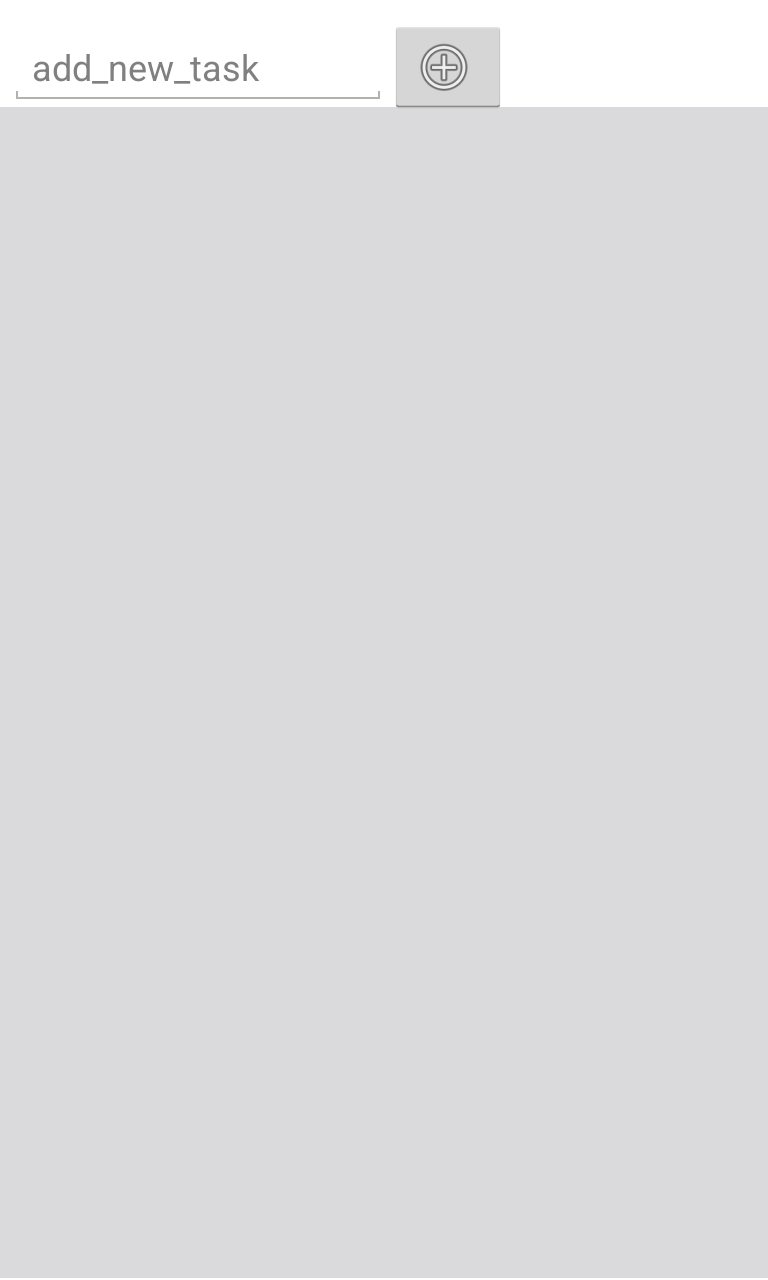
Repository: roommateapp/RoomMate
Layout: src/RoomMate/res/layout/activity_grocery_lists.xml
The author's editor kept a copy of each file at every save. The layout is drawn from the files as they stood at one save, then again after the next save.
It is drawn on a 768 x 1280 px phone screen (xhdpi) without system bars, with theme AppTheme; the app's code is not run. Lists and similar views that code fills are empty. The app's manifest (not shown) leaves right-to-left support off. So textAlignment, textDirection and layoutDirection are ignored, and left and right values win over start and end ones.

Above is the layout before, as saved 2014-08-26 07:09:14.

After the next save:
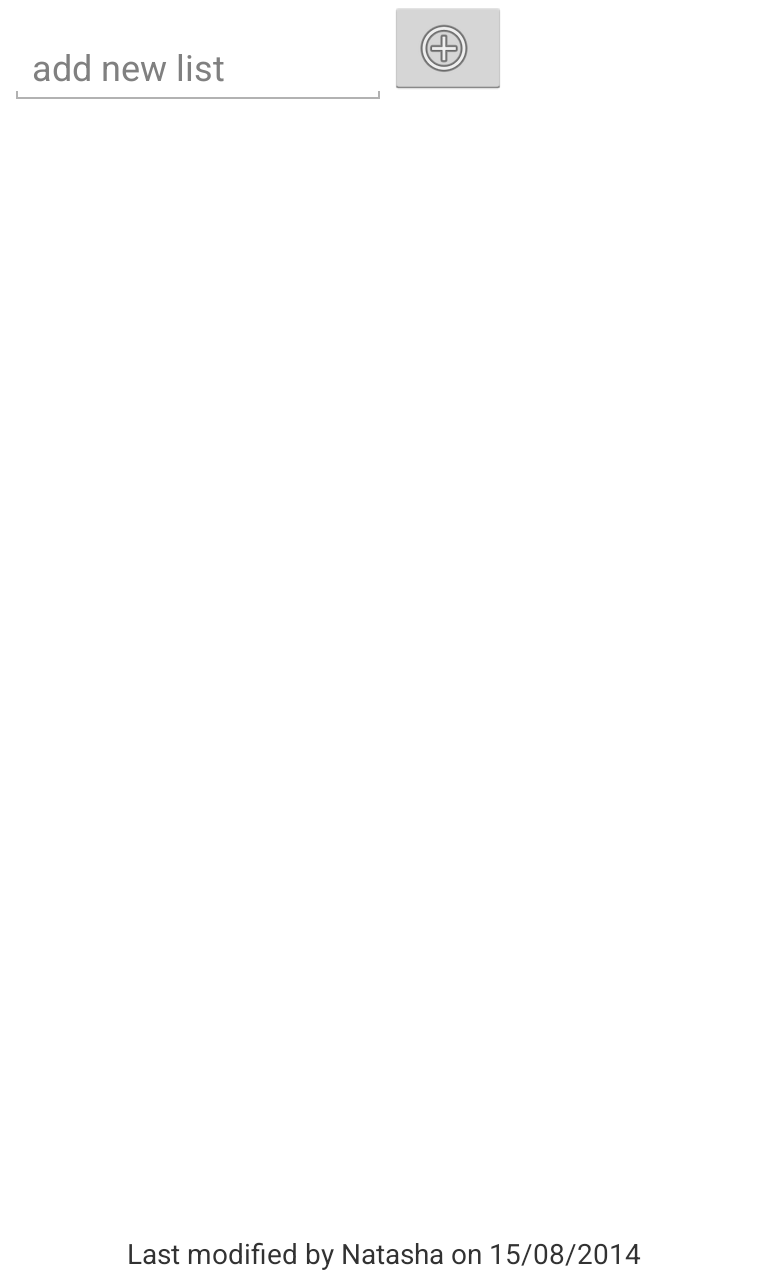
Saved 7 s later.
--- a/src/RoomMate/res/layout/activity_grocery_lists.xml
+++ b/src/RoomMate/res/layout/activity_grocery_lists.xml
@@ -2,43 +2,69 @@
 <RelativeLayout xmlns:android="http://schemas.android.com/apk/res/android"
     android:layout_width="match_parent"
     android:layout_height="match_parent"
-    android:icon="@android:drawable/ic_menu_save" >
+    android:orientation="vertical" >
 
     <EditText
-        android:id="@+id/edit_new_grocery_item"
+        android:id="@+id/new_list"
         android:layout_width="190dp"
         android:layout_height="wrap_content"
         android:layout_alignParentLeft="true"
         android:layout_alignParentTop="true"
         android:layout_marginLeft="4dp"
         android:layout_marginTop="14dp"
-        android:hint="add_new_task"
+        android:hint="add new list"
         android:inputType="textMultiLine" >
     </EditText>
 
-    <View
-        android:layout_width="match_parent"
-        android:layout_height="1dp"
-        android:layout_alignParentBottom="true"
-        android:layout_below="@id/edit_new_grocery_item"
-        android:layout_marginBottom="1dp"
-        android:background="#DADADC" >
-    </View>
+    <Button
+        android:id="@+id/add_list"
+        android:layout_width="60dp"
+        android:layout_height="wrap_content"
+        android:layout_toRightOf="@id/new_list"
+        android:drawableStart="@android:drawable/ic_menu_add" />
 
     <ListView
         android:id="@android:id/list"
         android:layout_width="match_parent"
         android:layout_height="wrap_content"
-        android:layout_below="@+id/edit_new_grocery_item" >
+        android:layout_below="@+id/add_list"
+        android:layout_margin="4dp" >
     </ListView>
 
-    <Button
-        android:id="@+id/button1"
-        android:layout_width="60dp"
+    <RelativeLayout
+        android:id="@+id/last_modified"
+        android:layout_width="wrap_content"
         android:layout_height="wrap_content"
-        android:layout_alignBaseline="@+id/edit_new_grocery_item"
-        android:layout_alignBottom="@+id/edit_new_grocery_item"
-        android:layout_toRightOf="@+id/edit_new_grocery_item"
-        android:drawableStart="@android:drawable/ic_menu_add" />
+        android:layout_alignParentBottom="true"
+        android:layout_centerHorizontal="true"
+        android:layout_margin="4dp" >
+
+        <TextView
+            android:id="@+id/last_modified_txt"
+            android:layout_width="wrap_content"
+            android:layout_height="wrap_content"
+            android:text="Last modified by " />
+
+        <TextView
+            android:id="@+id/last_modified_by"
+            android:layout_width="wrap_content"
+            android:layout_height="wrap_content"
+            android:layout_toRightOf="@id/last_modified_txt"
+            android:text="Natasha" />
+
+        <TextView
+            android:id="@+id/last_modified_on_txt"
+            android:layout_width="wrap_content"
+            android:layout_height="wrap_content"
+            android:layout_toRightOf="@id/last_modified_by"
+            android:text=" on " />
+
+        <TextView
+            android:id="@+id/last_modified_on"
+            android:layout_width="wrap_content"
+            android:layout_height="wrap_content"
+            android:layout_toRightOf="@id/last_modified_on_txt"
+            android:text="15/08/2014" />
+    </RelativeLayout>
 
 </RelativeLayout>
